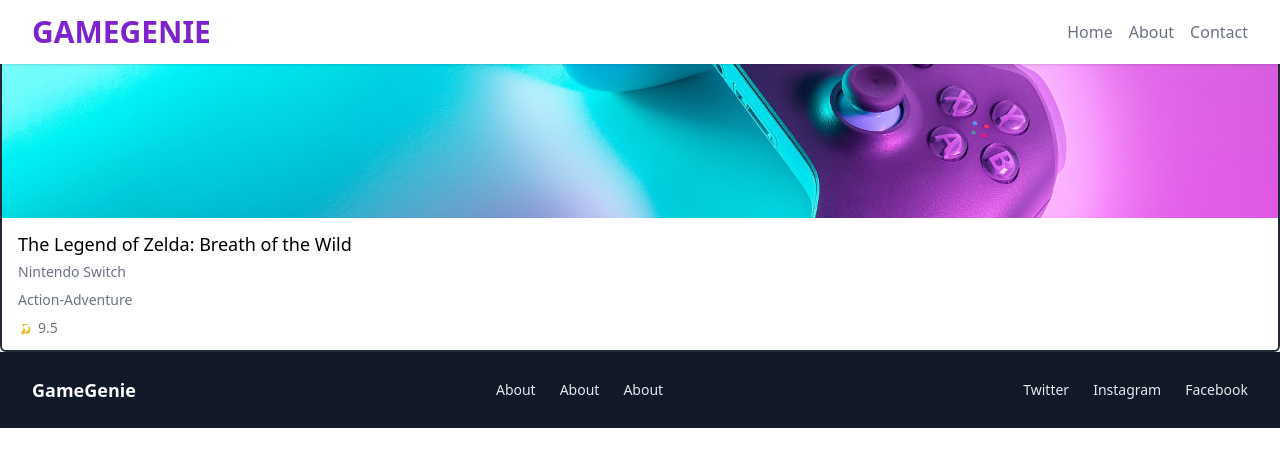
Repository: mfaeezshabbir/Gamegenie
Page: /signup
These files come from the project's save history. The page is drawn as it stood at one moment and after a run of saves; the edit follows.
The browser window is 1280 px wide. The pictures show the whole page.
The project was rebuilt for these pictures with package versions that can differ from the ones it lists, and the page was loaded fresh each time. The framework's server and built-in components were replaced by stand-ins that run in the browser. Also part of the build but not shown: next.config.js.

Above is the page before, as saved 2023-04-16 15:28:56.

After the next 2 saves:
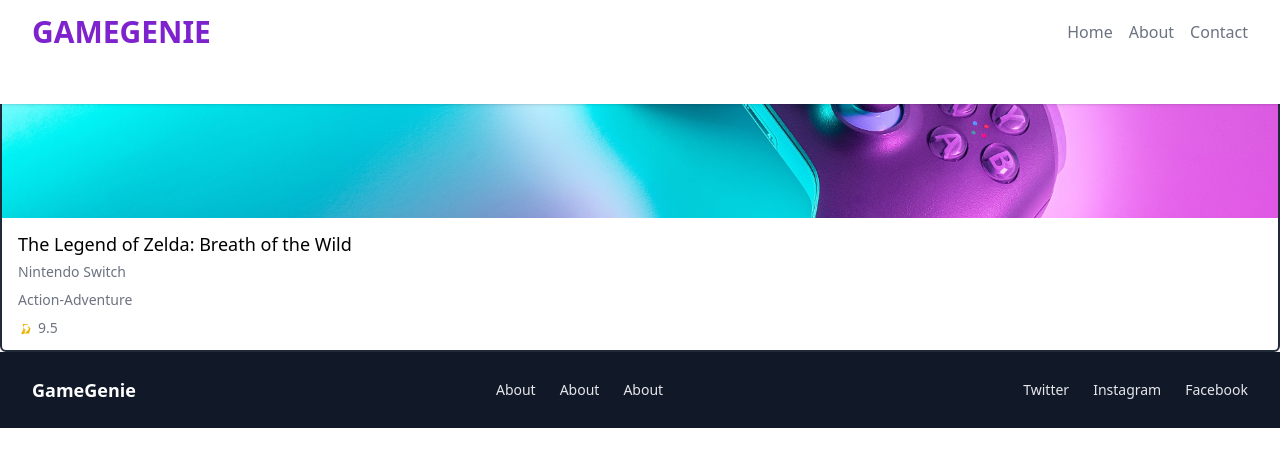
The 2 saves are shown as one change because they came seconds apart.
The last was saved 15 s later.
--- a/components/Header/Header.jsx
+++ b/components/Header/Header.jsx
@@ -38,7 +38,7 @@
     }
 
     return (
-        <header className="bg-white shadow fixed w-full z-10 mb-10 ">
+        <header className="bg-white shadow fixed w-full z-10 pb-10 ">
             <div className="max-w-7xl mx-auto px-4 sm:px-6 lg:px-8">
                 <nav className="flex justify-between items-center h-16">
                     <div className="flex-shrink-0 text-3xl text-purple-700 uppercase font-bold">

After the save that followed:
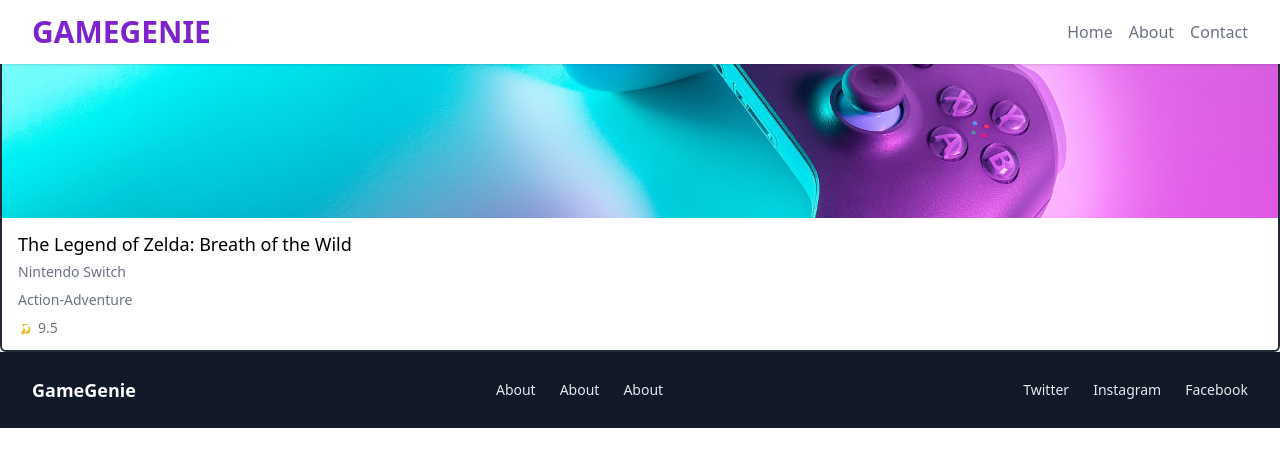
Saved 12 s later.
--- a/components/Header/Header.jsx
+++ b/components/Header/Header.jsx
@@ -38,7 +38,7 @@
     }
 
     return (
-        <header className="bg-white shadow fixed w-full z-10 pb-10 ">
+        <header className="bg-white shadow fixed w-full z-10 b-10 ">
             <div className="max-w-7xl mx-auto px-4 sm:px-6 lg:px-8">
                 <nav className="flex justify-between items-center h-16">
                     <div className="flex-shrink-0 text-3xl text-purple-700 uppercase font-bold">
